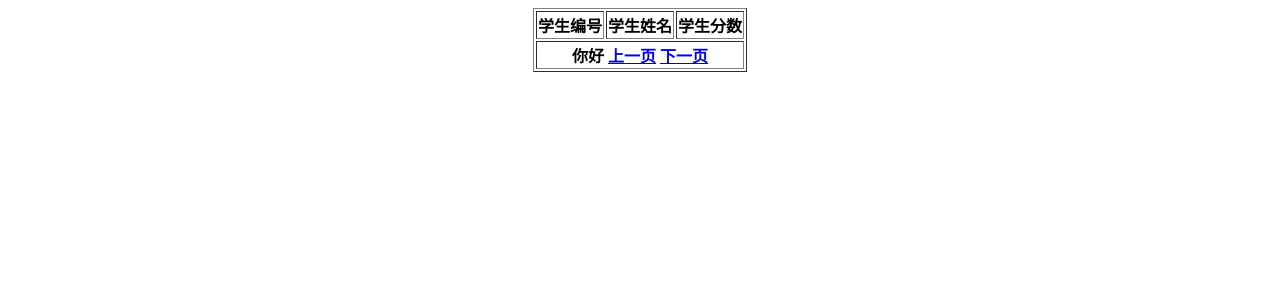
Repository: byuan98/study
Page: http://localhost/day071web/test/getallstudentpaging?pageNumber=-1
An editor plug-in stored every save of this project. The page is shown before and after the next save, followed by the edit.
The browser window is 1280 px wide. The pictures show the whole page.
The page is served by Tomcat 9. Other server files are loaded and not shown. Queries for data that is not in the repository find no rows.

Above is the page before, as saved 2021-03-30 12:07:58.

### day071web/WebContent/jsp/paging.jsp
<%@ page language="java" contentType="text/html; charset=UTF-8" pageEncoding="UTF-8"%>
<%@ taglib prefix="core" uri="http://java.sun.com/jsp/jstl/core"%>
<!DOCTYPE html>
<html>
<head>
<meta charset="UTF-8">
<title>分页效果</title>
</head>
<body>
  <core:if test="${empty requestScope.studentpaging}">
    <jsp:forward page="/test/getallstudentpaging"/>
  </core:if>
  <table align="center" border="solid">
    <tr>
      <th>学生编号</th><th>学生姓名</th><th>学生分数</th>
    </tr>
    <core:forEach items="${requestScope.studentpaging.list}" var="stu">
      <tr>
        <td>${stu.stuid}</td>
        <td>${stu.stuname}</td>
        <td>${stu.stuscore}</td>
      </tr>
    </core:forEach>
    <tr>
      <th colspan="5" height="10px">
      你好
        <core:if test="${requestScope.studentpaging.pageNumber!=1}">
          <a href="<core:url value='/test/getallstudentpaging?pageNumber=${requestScope.studentpaging.pageNumber-1}'/>">上一页</a>
        </core:if>
        <core:if test="${requestScope.studentpaging.pageNumber!=1}">
          <a href="<core:url value='/test/getallstudentpaging?pageNumber=${requestScope.studentpaging.pageNumber+1}'/>">下一页</a>
        </core:if>
      </th>
    </tr>
  </table>
</body>
</html>

### day071web/src/servlet/GetAllStudentPaging.java
package servlet;

import java.io.IOException;
import java.util.List;

import javax.servlet.ServletException;
import javax.servlet.annotation.WebServlet;
import javax.servlet.http.HttpServlet;
import javax.servlet.http.HttpServletRequest;
import javax.servlet.http.HttpServletResponse;

import bean.PagingBean;
import dao.StudentDao;
import entity.Student;

@WebServlet("/test/getallstudentpaging")
public class GetAllStudentPaging extends HttpServlet{
    protected void doGet(HttpServletRequest req, HttpServletResponse resp) throws ServletException, IOException {
        Integer pageNumber;
        Integer pageSize=10;//每页记录的数量
        try {
            pageNumber=new Integer(req.getParameter("pageNumber"));
        }catch(NumberFormatException e) {//如果获取不到数字
            pageNumber=1;
        }

        Integer count=new StudentDao().getStudentCount();//获取总记录数
        PagingBean<Student> paging=new PagingBean<Student>();
        paging.setCount(count);
        paging.setPageSize(pageSize);
        paging.setPageNumber(pageNumber);

        List<Student> partStudent=new StudentDao().getAllStudentPaging(paging.getStartIndex(), paging.getPageSize());

        paging.setList(partStudent);

        req.setAttribute("studentpaging", paging);
        req.getRequestDispatcher("/jsp/paging.jsp").forward(req, resp);
    }

    protected void doPost(HttpServletRequest req, HttpServletResponse resp) throws ServletException, IOException {
        doGet(req, resp);
    }
}

### day071web/src/dao/StudentDaoInter.java
package dao;

import java.util.ArrayList;

import entity.Student;

public interface StudentDaoInter {
//    查询所有学生
    public ArrayList<Student> getAllStudent();

//    查询所有学生并进行分页，传入两个参数，startIndex起始位置，pageSize每页的显示数量
    public ArrayList<Student> getAllStudentPaging(Integer startIndex, Integer pageSize);


    public Integer getStudentCount();
}

### day071web/src/dao/StudentDao.java
package dao;

import java.sql.Connection;
import java.sql.PreparedStatement;
import java.sql.ResultSet;
import java.sql.SQLException;
import java.util.ArrayList;

import entity.Student;
import util.JdbcUtil;

public class StudentDao implements StudentDaoInter{
    public ArrayList<Student> getAllStudent() {
        Connection con=null;
        PreparedStatement pre=null;
        ResultSet set=null;
        String sql="select * from student";
        ArrayList<Student> allStudent=new ArrayList<Student>();

        try {
            con=JdbcUtil.getConnection();
            pre=con.prepareStatement(sql);
            set=pre.executeQuery();

            while(set.next()) {
                Integer stuid=set.getInt("stuid");
                String stuname=set.getString("stuname");
                Double stuscore=set.getDouble("stuscore");
                allStudent.add(new Student(stuid, stuname, stuscore));
            }
        }catch(SQLException e) {
            throw new RuntimeException(e);
        }finally {
            JdbcUtil.close(con, pre, set);
        }
        return allStudent;
    }


    public ArrayList<Student> getAllStudentPaging(Integer startIndex, Integer pageSize) {
        Connection con=null;
        PreparedStatement pre=null;
        ResultSet set=null;
        String sql="select * from student limit ?,?";
        ArrayList<Student> partStudent=new ArrayList<Student>();
        try {
            con=JdbcUtil.getConnection();
            pre=con.prepareStatement(sql);
            pre.setInt(1, startIndex);//startIndex起始位置
            pre.setInt(2, pageSize);//pageSize每页显示的总数
            set=pre.executeQuery();
            while(set.next()) {
                Integer stuid=set.getInt("stuid");
                String stuname=set.getString("stuname");
                Double stuscore=set.getDouble("stuscore");
                partStudent.add(new Student(stuid, stuname, stuscore));
            }
        }catch(SQLException e) {
            throw new RuntimeException(e);
        }finally {
            JdbcUtil.close(con, pre, set);
        }
        return partStudent;
    }


    public Integer getStudentCount() {
        Connection con=null;
        PreparedStatement pre=null;
        ResultSet set=null;
        String sql="select count(*) count from student";
        Integer count=0;
        try {
            con=JdbcUtil.getConnection();
            pre=con.prepareStatement(sql);
            set=pre.executeQuery();
            if(set.next()) {
                count=set.getInt("count");
            }
        }catch(SQLException e) {
            throw new RuntimeException(e);
        }finally {
            JdbcUtil.close(con, pre, set);
        }
        return count;
    }
}

### day071web/src/util/JdbcUtil.java
package util;

import java.sql.Connection;
import java.sql.DriverManager;
import java.sql.ResultSet;
import java.sql.SQLException;
import java.sql.Statement;

public class JdbcUtil {
    private static final String DRIVER_NAME;
    private static final String URL;
    private static final String USER;
    private static final String PASSWORD;

    static {
        DRIVER_NAME="com.mysql.jdbc.Driver";
        URL="jdbc:mysql://192.168.217.14:3306/study";
        USER="root";
        PASSWORD="root";

        try {
            Class.forName(DRIVER_NAME);
        } catch (ClassNotFoundException e) {
            throw new RuntimeException(e);
        }
    }

    public static Connection getConnection() {
        try {
            return DriverManager.getConnection(URL, USER, PASSWORD);
        } catch (SQLException e) {
            throw new RuntimeException(e);
        }
    }
    public static void close(Connection con, Statement sta, ResultSet set) {
        try {
            if(con!=null) {con.close();}
            if(sta!=null) {sta.close();}
            if(set!=null) {set.close();}
        } catch (SQLException e) {
            throw new RuntimeException(e);
        }
    }

    public static void main(String[] args) {
        Connection con=getConnection();
        System.out.println(con);
        close(con, null, null);
    }
}

### day071web/src/bean/PagingBean.java
package bean;

import java.util.List;

public class PagingBean<E>{//泛型类，此类中涉及到的某个类型是变量
    private Integer pageNumber;//当前页数
    private Integer pageTotal;//总页数
    private Integer pageSize;//每页记录数
    private Integer count;//总记录数
    private Integer startIndex;//起始索引
    private List<E> list;//当前页要显示的记录信息
    private String queryString;//查询条件

    public PagingBean() {

    }
    public PagingBean(Integer pageNumber, Integer pageSize, Integer count, List<E> list) {
        this.pageNumber = pageNumber;//当前页数
        this.pageSize = pageSize;//每页记录数
        this.count = count;//总记录数
        this.list = list;//当前页要显示的记录信息
    }

    public Integer getPageNumber() {
        return pageNumber;
    }
    public void setPageNumber(Integer pageNumber) {
        if(pageNumber<=0) {pageNumber=1;}
        pageNumber=pageNumber>getPageTotal()?getPageTotal():pageNumber;

        this.pageNumber = pageNumber;
    }
    public Integer getPageTotal() {
        return count/getPageSize()+(count%getPageSize()==0?0:1);
    }
//    public void setPageTotal(Integer pageTotal) {//总页数
//        this.pageTotal = pageTotal;
//    }
    public Integer getPageSize() {
        return pageSize;
    }
    public void setPageSize(Integer pageSize) {
        this.pageSize = pageSize;
    }
    public Integer getCount() {
        return count;
    }
    public void setCount(Integer count) {
        this.count = count;
    }
    public Integer getStartIndex() {
        return (pageNumber-1)*pageSize;
    }
//    public void setStartIndex(Integer startIndex) {//起始索引是算出来的不需要set方法
//        this.startIndex = startIndex;
//    }
    public List<E> getList() {
        return list;
    }
    public void setList(List<E> list) {
        this.list = list;
    }
    public String getQueryString() {
        return queryString;
    }
    public void setQueryString(String queryString) {
        this.queryString = queryString;
    }
}

After the next save:
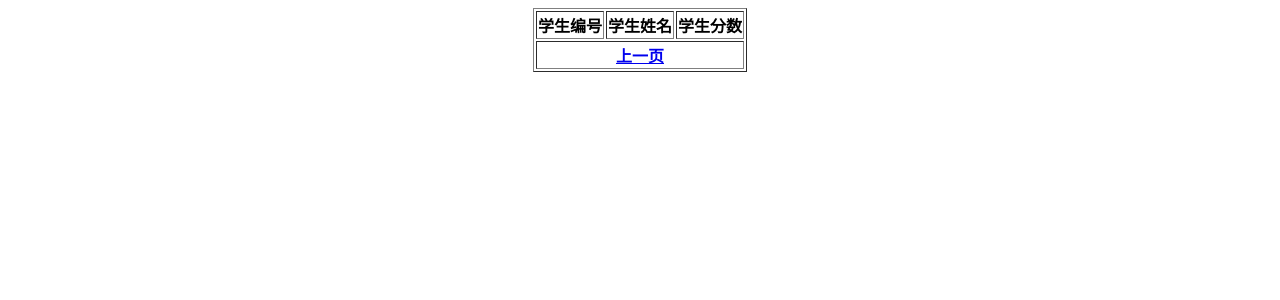
Saved 101 s later.
--- a/day071web/WebContent/jsp/paging.jsp
+++ b/day071web/WebContent/jsp/paging.jsp
@@ -23,11 +23,10 @@
     </core:forEach>
     <tr>
       <th colspan="5" height="10px">
-      你好
         <core:if test="${requestScope.studentpaging.pageNumber!=1}">
           <a href="<core:url value='/test/getallstudentpaging?pageNumber=${requestScope.studentpaging.pageNumber-1}'/>">上一页</a>
         </core:if>
-        <core:if test="${requestScope.studentpaging.pageNumber!=1}">
+        <core:if test="${requestScope.studentpaging.pageNumber lt requestScope.studentpaging.pageTotal}">
           <a href="<core:url value='/test/getallstudentpaging?pageNumber=${requestScope.studentpaging.pageNumber+1}'/>">下一页</a>
         </core:if>
       </th>
